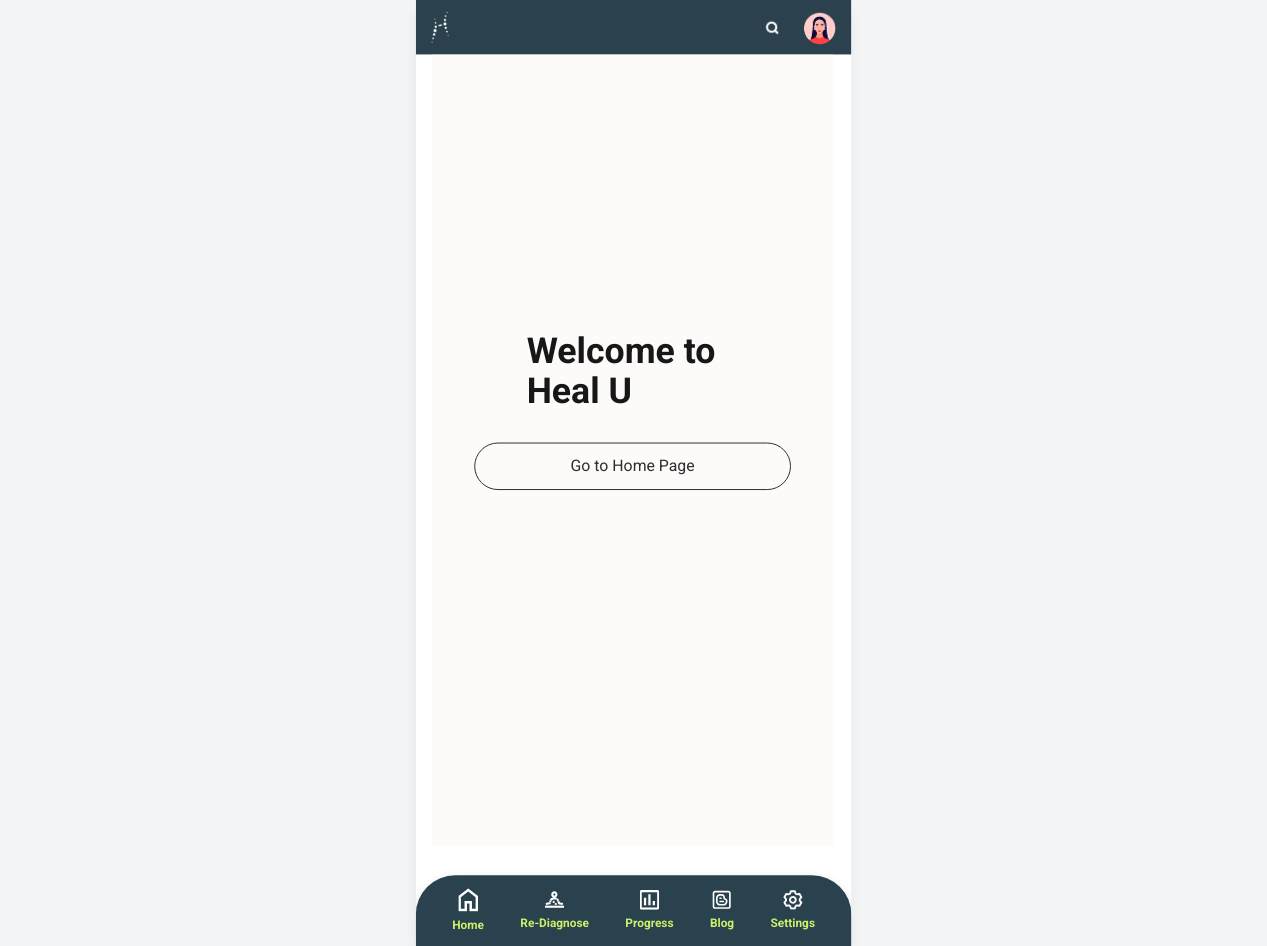
Repository: patcha-d3/heal_u
Page: /
An editor plug-in stored every save of this project. The page is shown before and after the next save, followed by the edit.
The browser window is 1280 px wide. The pictures show the whole page, at 99% of full size.
The project was rebuilt for these pictures with package versions that can differ from the ones it lists, and the page was loaded fresh each time. The framework's server and built-in components were replaced by stand-ins that run in the browser. Also part of the build but not shown: next.config.js, next.config.mjs.

Above is the page before, as saved 2025-05-08 11:03:13.

### app/layout.js
"use client";

import { Geist, Geist_Mono } from "next/font/google";
import { Roboto } from "next/font/google";
import "./globals.css";
import { usePathname } from "next/navigation";

import Bottomnav from "../ui/Bottomnav/Bottomnav";
import TopNav from "../ui/Topnav/Topnav";

const geistSans = Geist({
	variable: "--font-geist-sans",
	subsets: ["latin"],
});

const geistMono = Geist_Mono({
	variable: "--font-geist-mono",
	subsets: ["latin"],
});

const roboto = Roboto({
	weight: ["300", "400", "500", "700"],
	subsets: ["latin"],
	display: "swap",
});

export default function RootLayout({ children }) {
	const pathname = usePathname();
	const showBottomNav = !pathname?.includes("/onboarding");

	return (
		<html lang='en'>
			<body
				className={`${geistSans.variable} ${geistMono.variable} ${roboto.className} antialiased`}
				suppressHydrationWarning
			>
				<div className='min-h-screen w-full flex items-center justify-center bg-gray-100'>
					<div className='w-[440px] h-[956px] bg-white shadow-lg relative overflow-hidden flex flex-col'>
						<TopNav />
						<main className='flex-1 overflow-y-auto'>
							<div className='w-[406px] h-[800px] bg-[#FDFBF9] mx-4 mb-4'>
								{children}
							</div>
						</main>
						{showBottomNav && (
							<div className='absolute bottom-0 left-0 right-0'>
								<Bottomnav />
							</div>
						)}
					</div>
				</div>
			</body>
		</html>
	);
}

### app/page.js
"use client";

import React from "react";
import Link from "next/link";
import Button from "../ui/Button/Button";

export default function RootPage() {
	return (
		<main className='flex min-h-screen flex-col items-center justify-center p-24'>
			<h1 className='text-4xl font-bold mb-8'>
				Welcome to Heal U
			</h1>
			<Link href='/home'>
				<Button
					text='Go to Home Page'
					onClick={() => {}}
					fullWidth={false}
					outlined={true}
				/>
			</Link>
		</main>
	);
}

### ui/Bottomnav/Bottomnav.js
"use client";

import React from "react";
import Link from "next/link";
import { usePathname } from "next/navigation";
import styles from "./Bottomnav.module.css";
import Image from "next/image";

const menuItems = [
  { label: "Home", icon: "/icons/home.svg", path: "/" },
  { label: "Re-Diagnose", icon: "/icons/rediagnose.svg", path: "/re-diagnose" },
  { label: "Progress", icon: "/icons/progress.svg", path: "/progress" },
  { label: "Blog", icon: "/icons/blog.svg", path: "/blog" },
  { label: "Settings", icon: "/icons/settings.svg", path: "/settings" },
];

export default function MobileNavbar() {
  const pathname = usePathname();

  return (
    <nav className={styles.navbar}>
      {menuItems.map((item, index) => {
        const isActive = true;

        return (
          <Link href={item.path} key={index} className={styles.link}>
            <div className={styles.button}>
              <div
                className={`${styles.icon} ${
                  isActive ? styles.iconActive : ""
                }`}
              >
                <Image
                  src={item.icon}
                  alt={item.label}
                  width={20}
                  height={20}
                />
              </div>
              <span
                className={`${styles.label} ${
                  isActive ? styles.labelActive : styles.labelInactive
                }`}
              >
                {item.label}
              </span>
            </div>
          </Link>
        );
      })}
    </nav>
  );
}

### ui/Topnav/Topnav.js
"use client";

import React, { useState } from "react";
import styles from "./TopNav.module.css";

export default function TopNav() {
  const [showSearch, setShowSearch] = useState(false);
  const [hasNotification, setHasNotification] = useState(false);

  return (
    <header className={styles.topBar}>
      <a href="/" className={styles.logoContainer}>
        <img src="/logo.png" alt="Logo" className={styles.logoImg} />
      </a>

      <div className={styles.iconContainer}>
        <div className={styles.searchWrapper}>
          {showSearch && (
            <div className={styles.searchBox}>
              <input
                type="text"
                className={styles.searchInput}
                placeholder="Search..."
                autoFocus
              />
            </div>
          )}
          <img
            src="/search.png"
            alt="Search"
            className={`${styles.iconImg} ${showSearch ? styles.dark : ""}`}
            onClick={() => setShowSearch(!showSearch)}
          />
        </div>

        <div className={styles.avatarContainer}>
          <img
            src={hasNotification ? "/avatar-notification.png" : "/avatar.png"}
            alt="Avatar"
            className={styles.avatarImg}
          />
        </div>
      </div>
    </header>
  );
}

### ui/Button/Button.js
import React from "react";
import styles from "./Button.module.css";

const Button = ({
	text,
	onClick,
	icon,
	fullWidth = false,
	outlined = false,
	disabled = false,
	type = "button",
}) => {
	const classNames = [
		styles.button,
		fullWidth && styles.fullWidth,
		outlined && styles.outlined,
		disabled && styles.disabled,
	]
		.filter(Boolean)
		.join(" ");

	return (
		<button
			type={type}
			onClick={onClick}
			disabled={disabled}
			className={classNames}
		>
			<span className={styles.text}>{text}</span>
			{icon && <span className={styles.icon}>{icon}</span>}
		</button>
	);
};

export default Button;

### ui/Bottomnav/Bottomnav.module.css
/* navbar */
.navbar {
  position: relative;
  bottom: 0;
  left: 0;
  right: 0;
  display: flex;
  justify-content: space-evenly;
  align-items: center;
  background-color: #29424d;
  padding: 8px 0;
  box-shadow: 0 2px 10px rgba(0, 0, 0, 0.1);
  max-width: 440px;
  height: 72px;
  border-radius: 40px 40px 0 0;
  margin: 0 auto;
}

.link {
  text-decoration: none;
  color: inherit;
}

.button {
  display: flex;
  flex-direction: column;
  align-items: center;
  gap: 4px;
}

.icon {
  font-size: 24px;
}

.iconActive {
  stroke: #cdf06b;
}

.label {
  font-size: 12px;
  transition: all 0.2s ease;
}

.labelActive {
  font-weight: 800;
  color: #cdf06b;
}

.labelInactive {
  font-weight: 600;
  color: white;
}

/* Test page styles */
.testContainer {
  padding: 2rem;
  max-width: 440px;
  margin: 0 auto;
}

.testContent {
  display: flex;
  flex-direction: column;
  gap: 3rem;
}

.testSection {
  background: #f5f5f5;
  padding: 2rem;
  border-radius: 8px;
}

.testFrame {
  position: relative;
  height: 400px;
  border: 1px solid #ddd;
  border-radius: 8px;
  overflow: hidden;
  margin-top: 1rem;
}

.scrollContent {
  height: 100%;
  overflow-y: auto;
  padding: 1rem;
  padding-bottom: 80px; /* Space for the bottom nav */
}

.scrollContent p {
  margin: 1rem 0;
  padding: 0.5rem;
  background: white;
  border-radius: 4px;
  box-shadow: 0 1px 3px rgba(0, 0, 0, 0.1);
}

### ui/Topnav/Topnav.module.css
.topBar {
    width: 440px;
    height: 55px;
    background-color: #2b414d;
    display: flex;
    align-items: center;
    justify-content: space-between;
    padding: 0 16px;
    margin: 0 auto;
    box-sizing: border-box;
  }

  .logoImg {
    height: 30.56px;
    cursor: pointer;
  }

  .iconContainer {
    display: flex;
    align-items: center;
    gap: 16px;
  }

  .searchWrapper {
    display: flex;
    align-items: center;
    gap: 8px;
    position: relative;
  }

  .searchBox {
    background-color: white;
    width: 226px;
    height: 32px;
    border-radius: 24px;
    display: flex;
    align-items: center;
    padding: 0 5px;
    gap: 8px;
    transition: all 0.3s ease;
  }

  .searchInput {
    flex: 1;
    border: none;
    outline: none;
    font-size: 16px;
    background-color: transparent;
  }

  .iconImg {
    width: 32px;
    height: 32px;
    cursor: pointer;
    filter: brightness(200);
    transition: filter 0.3s ease;
  }

  .iconImg.dark {
    filter: brightness(0);
  }

  .avatarContainer {
    width: 32px;
    height: 34px;
    border-radius: 50%;
    overflow: hidden;
  }

  .avatarImg {
    width: 100%;
    height: 100%;
    object-fit: cover;
  }

### ui/Button/Button.module.css
.button {
	position: relative;
	display: flex;
	align-items: center;
	justify-content: center;
	height: 48px;
	width: 320px;
	border-radius: 24px;
	background-color: #29424d;
	border: 1px solid black;
	padding: 0 12px;
	font-family: "Roboto", sans-serif;
	font-size: 16px;
	line-height: 24px;
	color: white;
	transition: background-color 0.3s, color 0.3s;
}

.button:hover:not(.disabled) {
	background-color: #cdf06b;
	color: black;
}

.text {
	flex: 1;
	text-align: center;
}

.icon {
	position: absolute;
	right: 12px;
	display: flex;
	align-items: center;
}

.outlined {
	background-color: transparent;
	border: 1px solid #2e2e30;
	color: #2e2e30;
}

.outlined:hover:not(.disabled) {
	background-color: #cdf06b;
	color: #29424d;
}

.disabled {
	opacity: 0.5;
	cursor: not-allowed;
}

Loaded but not shown: app/globals.css (common file)

After the next save:
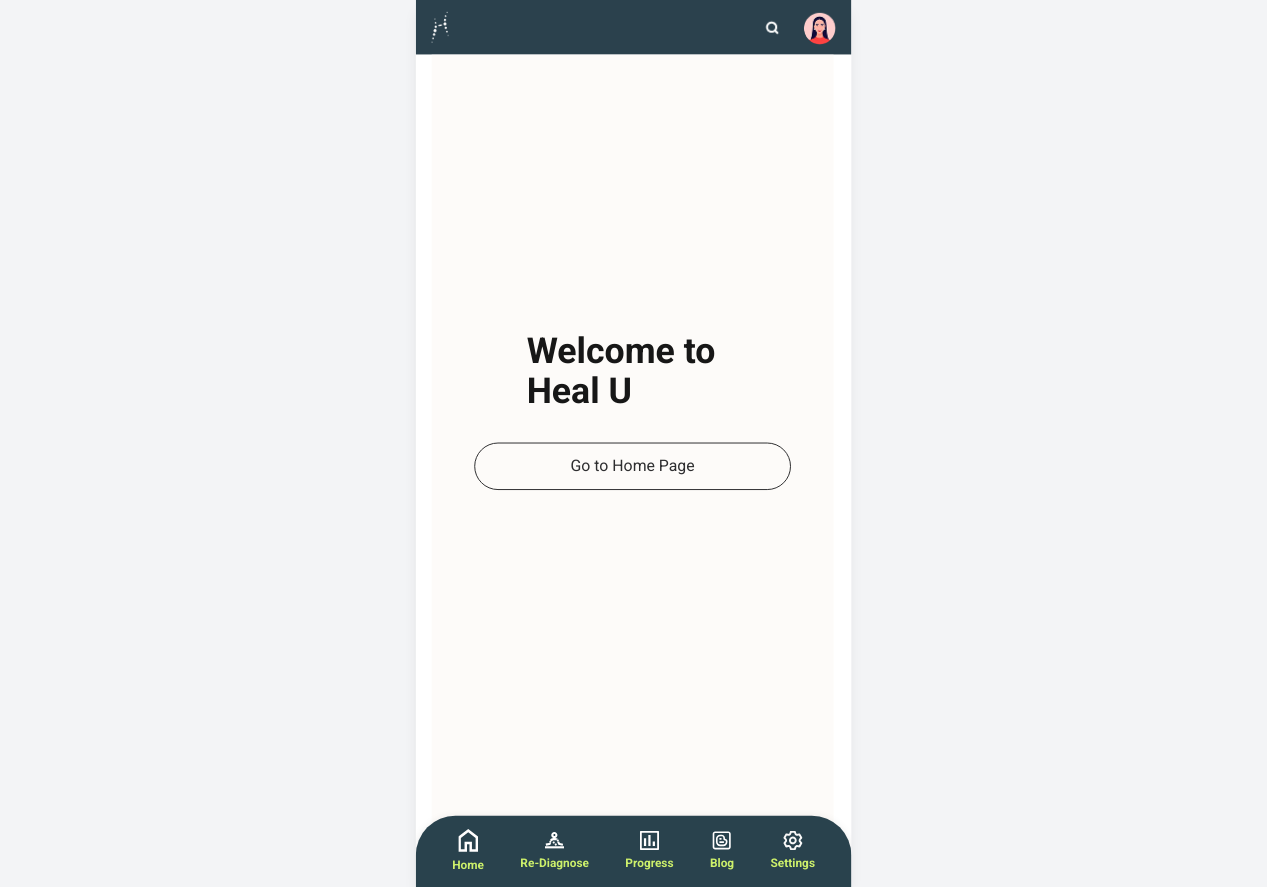
Saved 3 min 11 s later.
--- a/app/layout.js
+++ b/app/layout.js
@@ -35,7 +35,7 @@ export default function RootLayout({ children }) {
 				suppressHydrationWarning
 			>
 				<div className='min-h-screen w-full flex items-center justify-center bg-gray-100'>
-					<div className='w-[440px] h-[956px] bg-white shadow-lg relative overflow-hidden flex flex-col'>
+					<div className='w-[440px] h-[896px] bg-white shadow-lg relative overflow-hidden flex flex-col'>
 						<TopNav />
 						<main className='flex-1 overflow-y-auto'>
 							<div className='w-[406px] h-[800px] bg-[#FDFBF9] mx-4 mb-4'>
